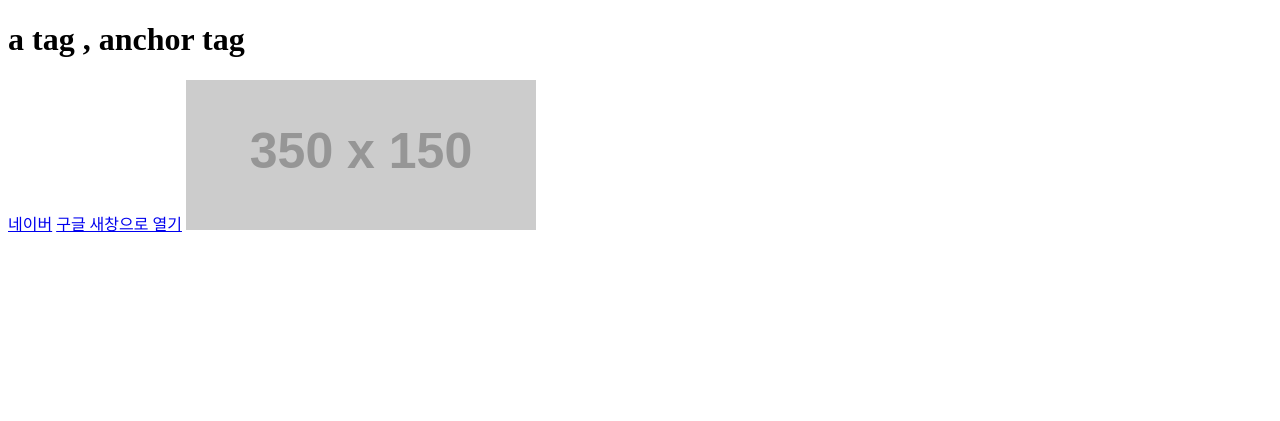
Repository: jihoonys82/weblec
Page: Front/WebContent/Ex01_HTML_tag/tagEx_04.html
These files come from the project's save history. The page is drawn as it stood at one moment and after the next save; the edit follows.
The browser window is 1280 px wide. The pictures show the whole page.

Above is the page before, as saved 2018-07-23 10:54:23.

After the next save:
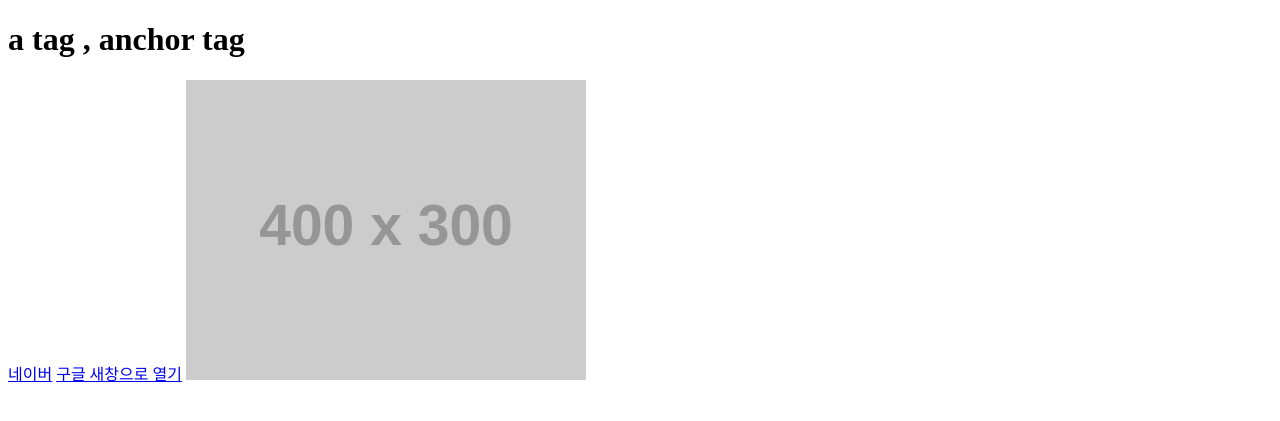
Saved 32 s later.
--- a/Front/WebContent/Ex01_HTML_tag/tagEx_04.html
+++ b/Front/WebContent/Ex01_HTML_tag/tagEx_04.html
@@ -13,7 +13,7 @@
 	<a href="http://www.google.com" target='_blank' >구글 새창으로 열기</a>
 
 	<!-- img, image tag, show images on web page -->
-	<img src='http://via.placeholder.com/350x150' width='350px' height='150px' title='blank'>
+	<img src='http://via.placeholder.com/400x300' width='400px' height='300px' title='blank'>
 
 </div>
 
